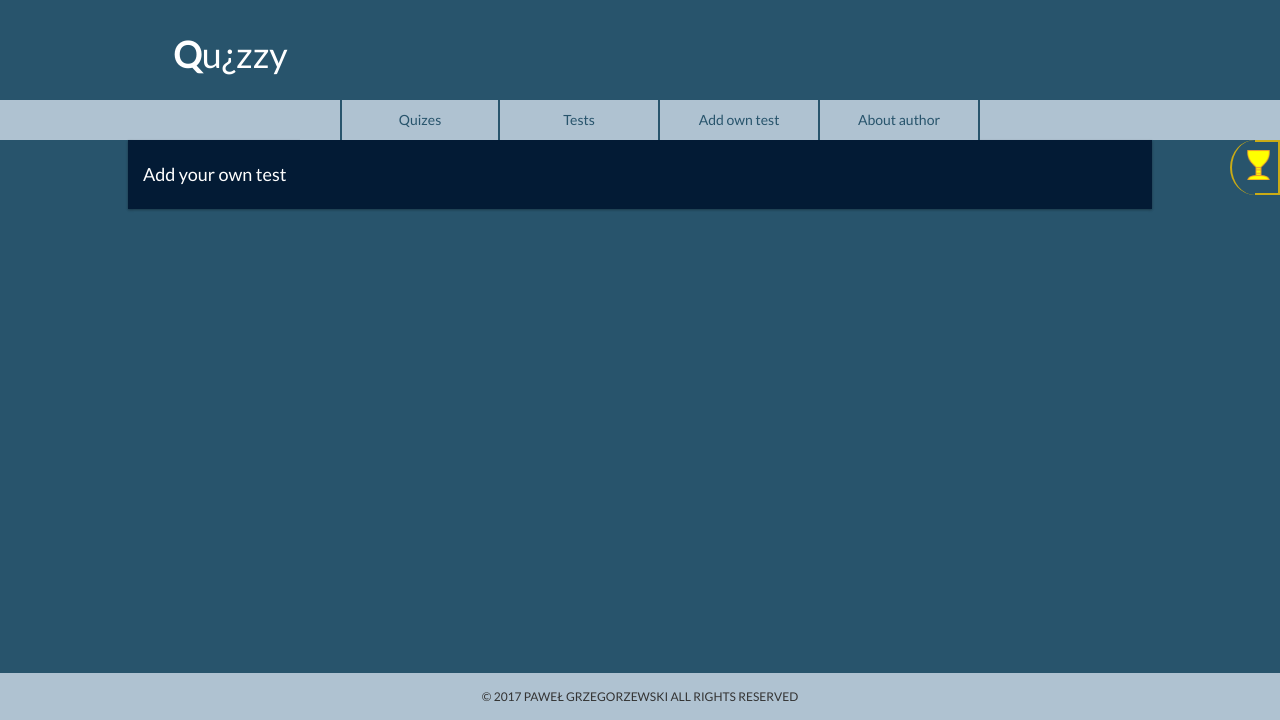
Repository: pgrzegorzewski/quiz
Page: http://localhost/app/add_test.php
The author's editor kept a copy of each file at every save. The page is drawn from the files as they stood at one save, then again after the next save.
The browser window is 1280 px wide. The pictures show the whole page.
Some web libraries are served in a nearby version. The page is run by PHP 8.4 with error messages shown; the project is at /var/www/html/.

Above is the page before, as saved 2017-09-10 18:14:57.

After the next save:
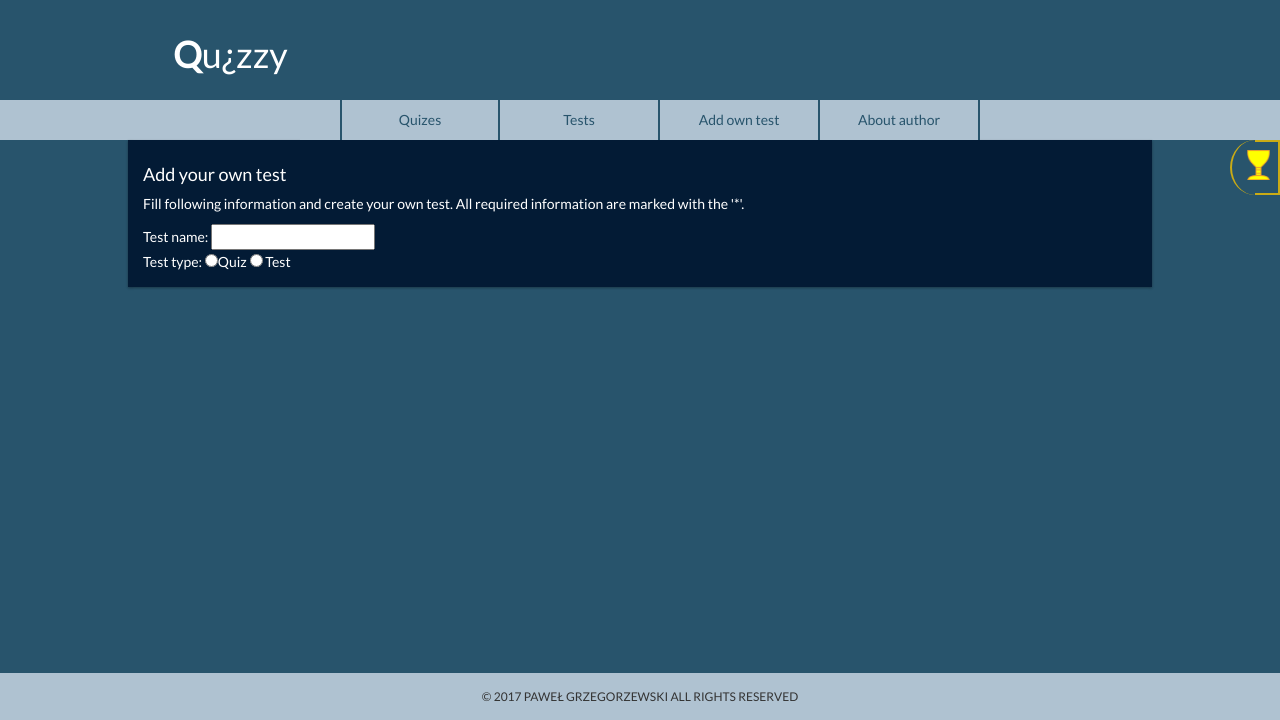
Saved 7 min 13 s later.
--- a/htdocs/app/learningapp/app/add_test.php
+++ b/htdocs/app/learningapp/app/add_test.php
@@ -61,7 +61,16 @@
 	<section class = "section">
 		<div id ="welcome_div">
 			<h4>Add your own test</h4>
-
+			<div>
+				<p>Fill following information and create your own test. All required information are marked with the '*'.</p>
+				<form>
+				  Test name:
+				  <input class = "testGeneralInformation" id = "testName" type="text" name="test name"><br>
+				  Test type:
+				  <input type="radio" name="testTypeChoose" value = "quiz">Quiz
+				  <input type="radio" name="testTypeChoose" value="test"> Test
+				</form>
+			</div>
 		</div>
 
 	</section>
